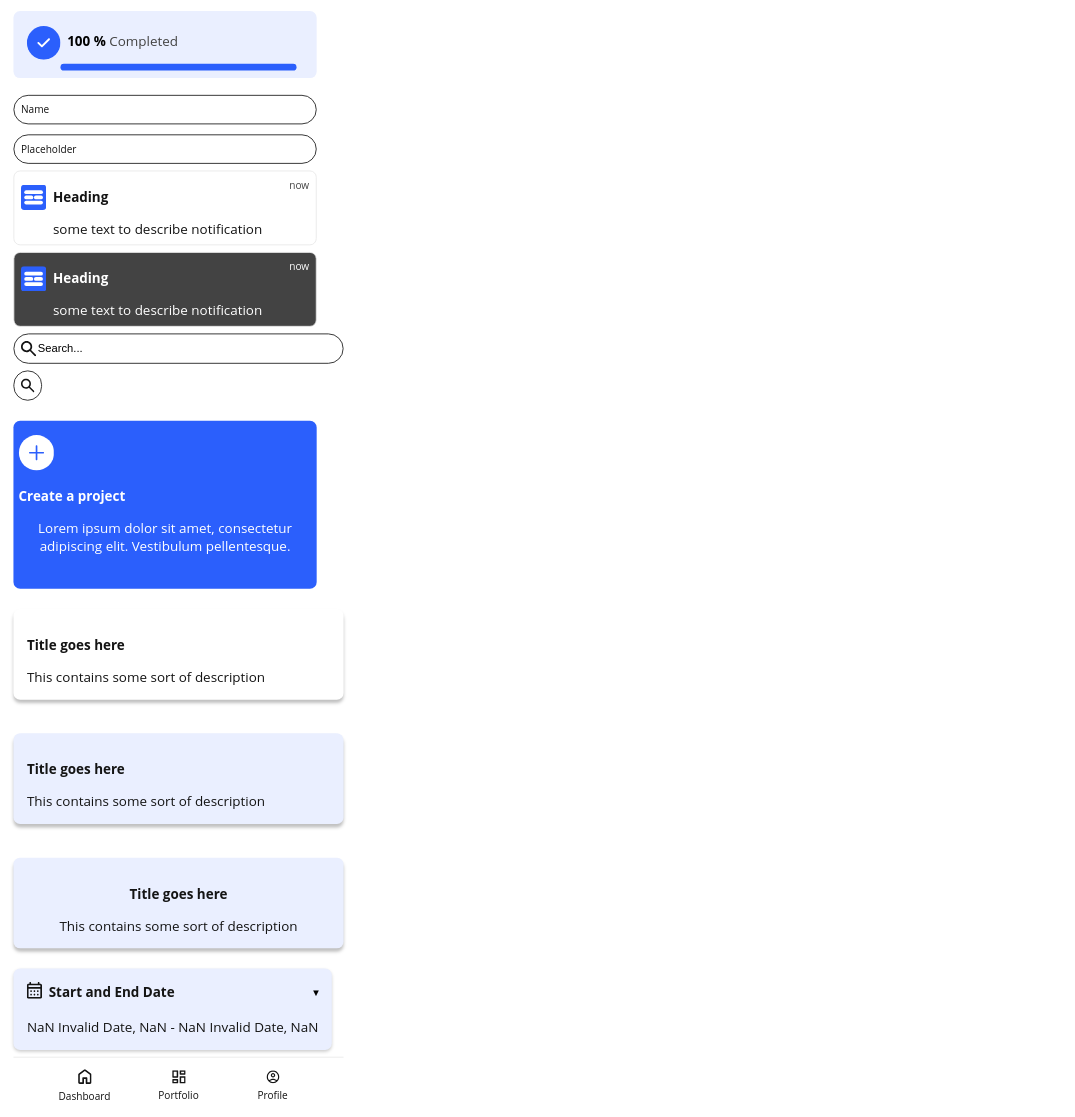
Repository: brunaguarizo/mosaic_app
Page: /
An editor plug-in stored every save of this project. The page is shown before and after a run of saves, followed by the edit.
The browser window is 1280 px wide. The pictures show the whole page, at 84% of full size.
The project was rebuilt for these pictures with package versions that can differ from the ones it lists, and the page was loaded fresh each time. The framework's server and built-in components were replaced by stand-ins that run in the browser. Also part of the build but not shown: next.config.mjs, app/_ui/Button/Button.js, app/_ui/Tag/Tag.js, app/_ui/Project_card/Project_card.js, app/_ui/Date_PopUp/Date_PopUp.module.css, app/_ui/Date_PopUp/Date_PopUp.js.

Above is the page before, as saved 2025-04-18 20:32:17.

After the next 2 saves:
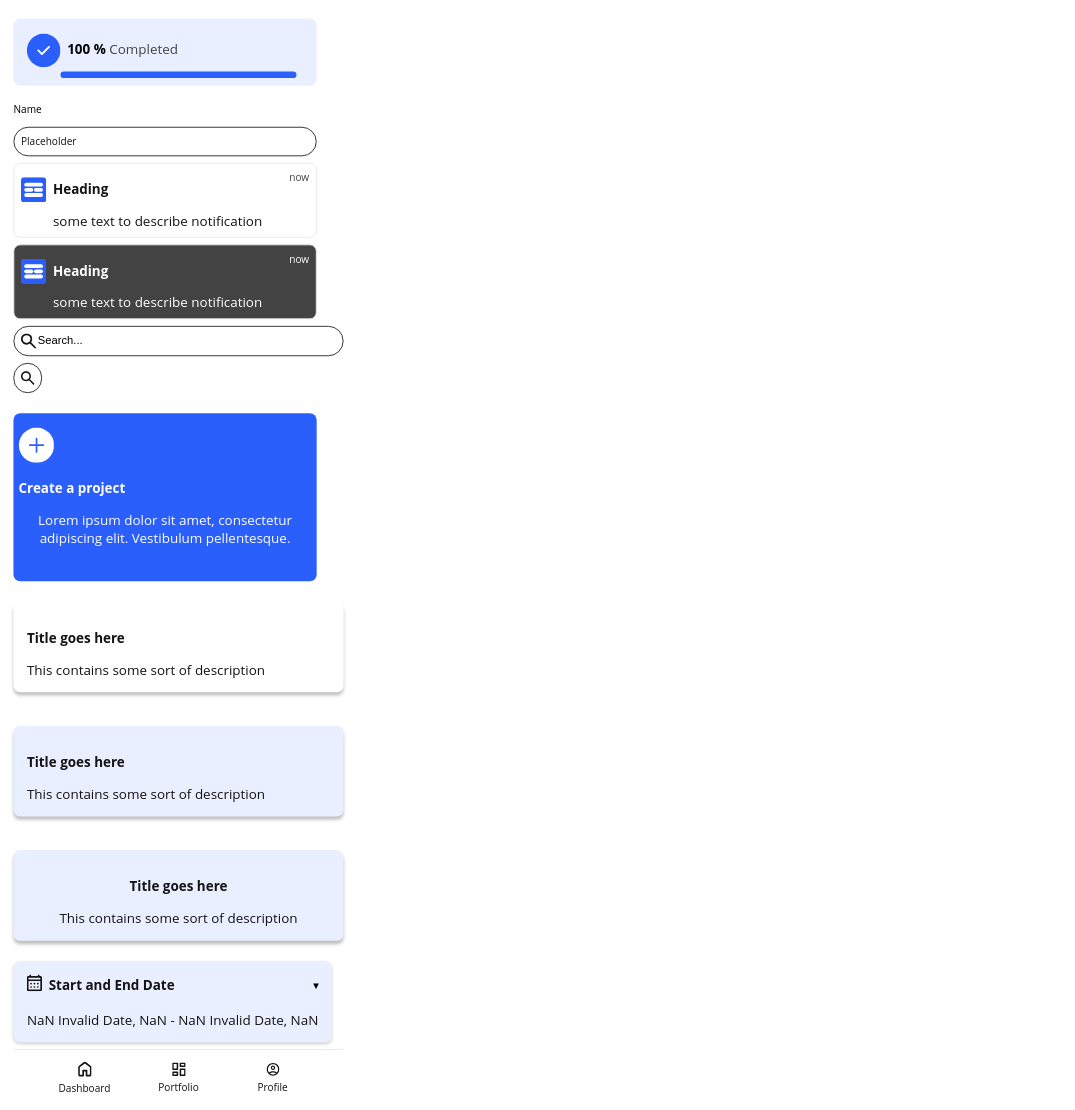
The 2 saves are shown as one change because 1 did not build or start.
The last was saved 63 s later.
--- a/app/_ui/Input_Box/Input_Box.js
+++ b/app/_ui/Input_Box/Input_Box.js
@@ -9,10 +9,10 @@ function SingleInput({ inputName, placeholder, type }) {
     return (
         <div className={styles.primary}>
             <div>
-                <p className={InputHeaderClasses}>{inputName}</p>
+                <p className={styles.input_name}>{inputName}</p>
             </div>
             <input
-                className={styles.input_box}
+                className={InputHeaderClasses}
                 type='text'
                 defaultValue={placeholder}
             />
